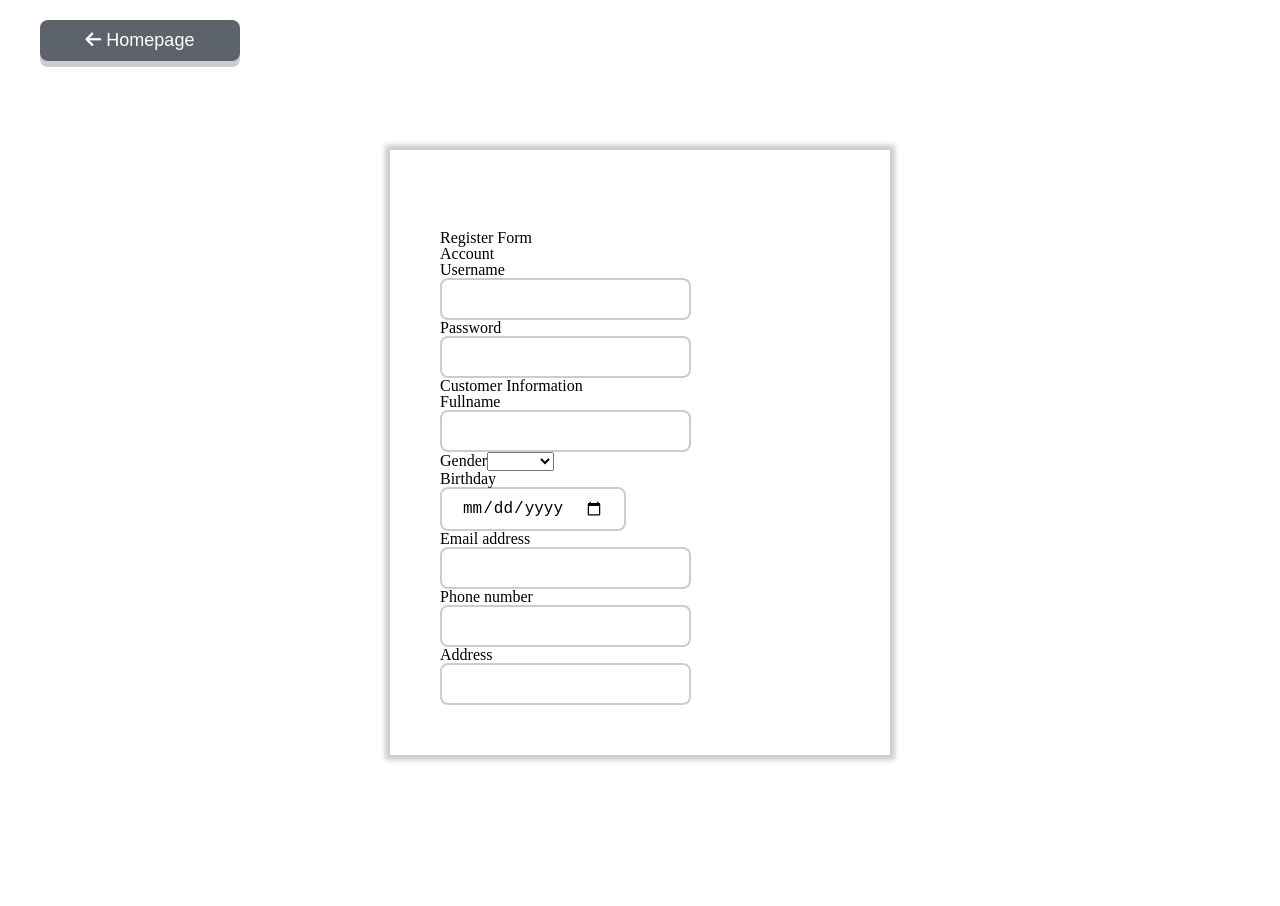
Repository: Trung0810/btl_cnpm_fe
Page: /
These files come from the project's save history. The page is drawn as it stood at one moment and after the next save; the edit follows.
The browser window is 1280 px wide. The pictures show the whole page.
The project was rebuilt for these pictures with package versions that can differ from the ones it lists, and the page was loaded fresh each time. Also part of the build but not shown: src/components/header/header.css, src/components/header/Header.js, src/components/footer/Footer.css, src/components/footer/Footer.js, src/components/shoes_list/ShoesCard.css, src/components/shoes_list/ShoesCard.js, src/components/shoes_list/ShoesList.css, src/components/shoes_list/ShoesList.js and 17 more.

Above is the page before, as saved 2026-03-31 13:30:54.

After the next save:
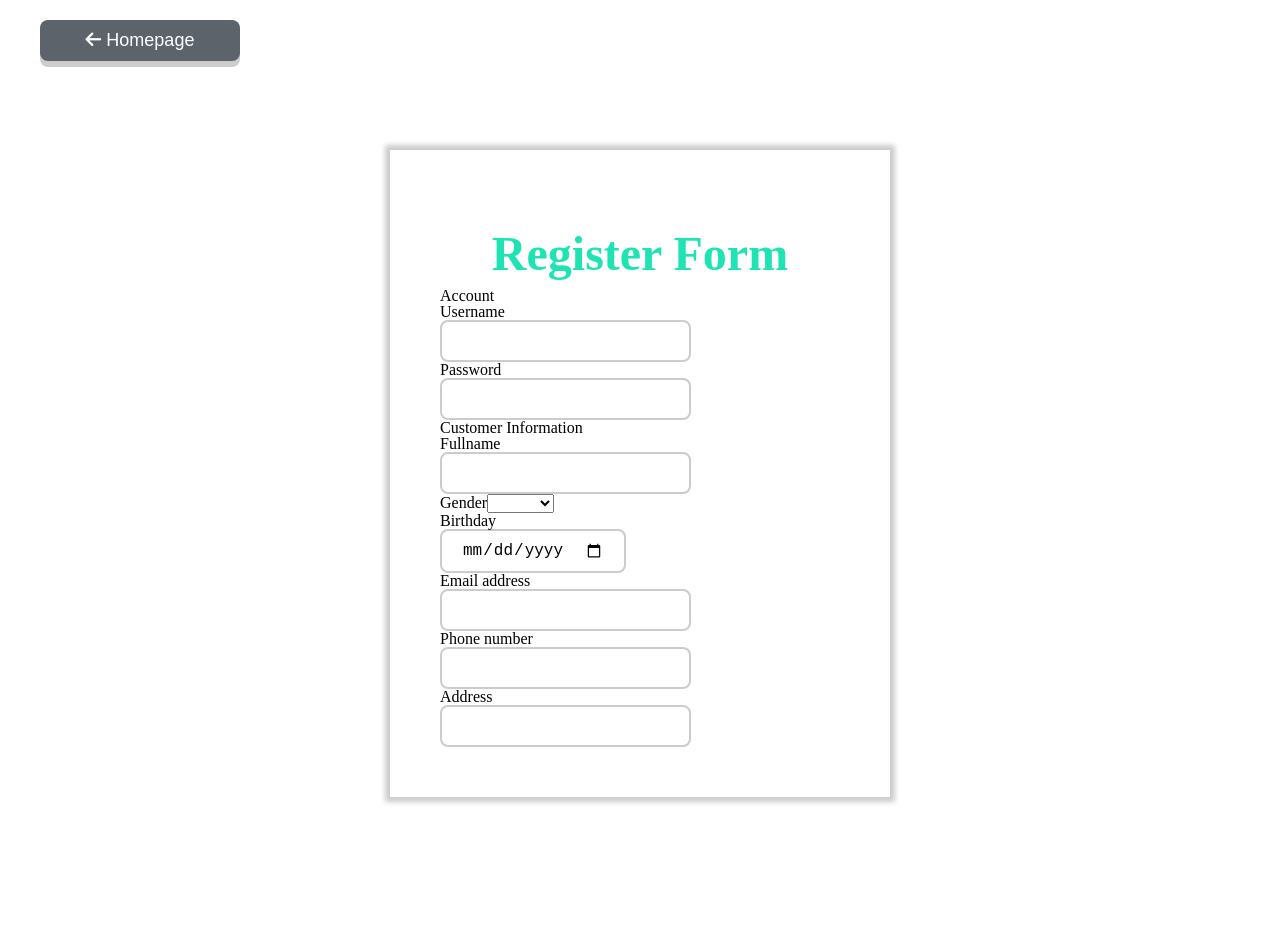
Saved 30 s later.
--- a/src/components/register_form/RegisterForm.css
+++ b/src/components/register_form/RegisterForm.css
@@ -5,3 +5,10 @@
   box-shadow: 0 0 5px 5px #ccc;
   user-select: none;
 }
+.register-title {
+  font-size: 48px;
+  font-weight: bold;
+  color: #20e3b4;
+  text-align: center;
+  margin-bottom: 10px;
+}
